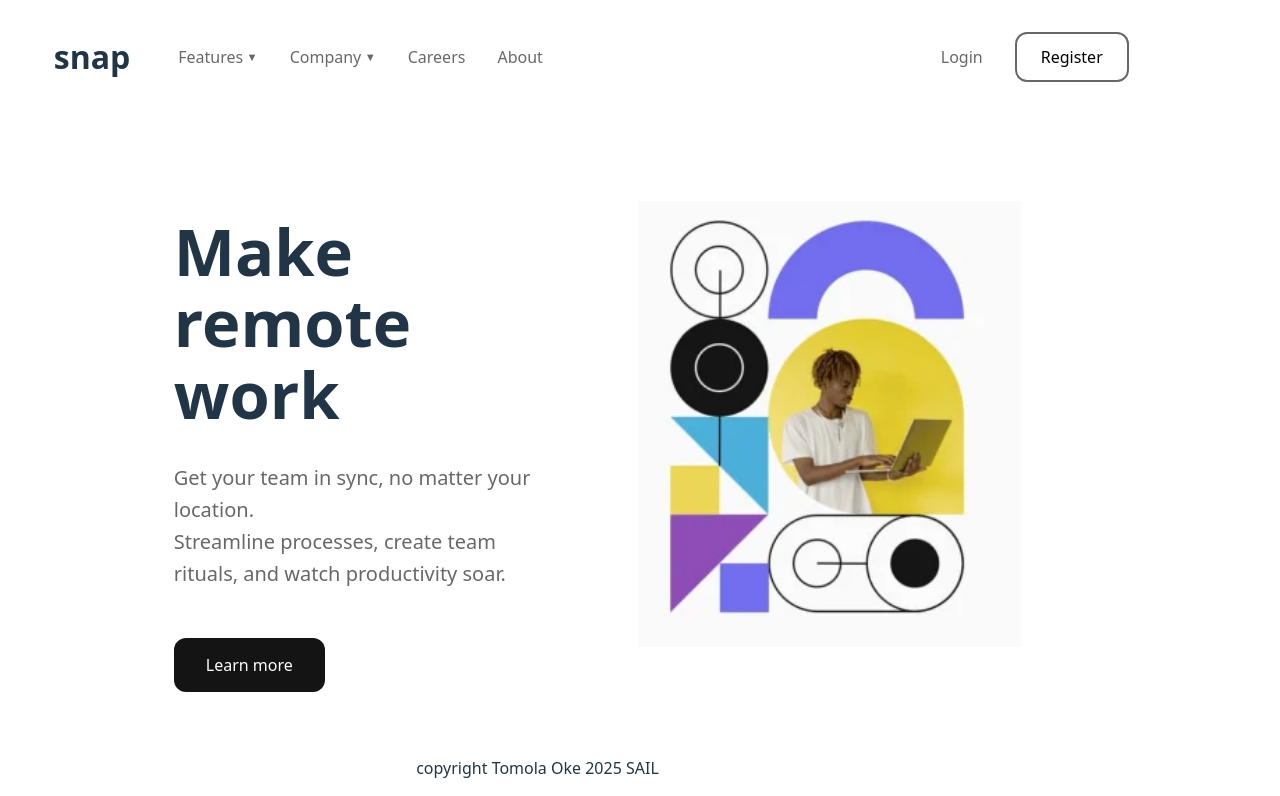
Repository: tomolaoke/SNAP
Page: /
The author's editor kept a copy of each file at every save. The page is drawn from the files as they stood at one save, then again after the next save.
The browser window is 1280 px wide. The pictures show the whole page.
The project was rebuilt for these pictures with package versions that can differ from the ones it lists, and the page was loaded fresh each time. Also part of the build but not shown: vite.config.js, src/components/footer/Footer.css.

Above is the page before, as saved 2025-06-21 22:01:37.

### src/App.jsx
import './App.css';
import Header from './components/header/Header';
import Hero from './components/hero/Hero';
import Footer from './components/footer/Footer';

const App = () => {
  return (
    <div className="app">
      <Header />
      <Hero />
      <Footer />
    </div>
  );
};

export default App;

### src/App.css
.app {
  min-height: 100vh;
  display: flex;
  flex-direction: column;
  align-items: center; /* Center all children horizontally */
  justify-content: center; /* Center all children vertically */
}

/* Add any global styles here */

### src/components/header/Header.jsx
import './Header.css';
import HeaderNav1 from '../../block/headerblock/HeaderNav1';
import HeaderNav2 from '../../block/headerblock/HeaderNav2';

const Header = () => {
  return (
    <header className="header">
      <HeaderNav1 />
      <HeaderNav2 />
    </header>
  );
};

export default Header;

### src/components/hero/Hero.jsx
import './Hero.css';
import HeroText from '../../block/heroblock/HeroText';
import HeroImage from '../../block/heroblock/HeroImage';

const Hero = () => {
  return (
    <section className="hero">
      <HeroText />
      <HeroImage />
    </section>
  );
};

export default Hero;

### src/components/footer/Footer.jsx
import './Footer.css';

const Footer = () => {
  return (
    <footer className="footer">
      <p>copyright Tomola Oke 2025 SAIL</p>
    </footer>
  );
};

export default Footer;

### src/components/header/Header.css
.header {
  display: flex;
  justify-content: space-between;
  align-items: center;
  padding: 2rem 5%;
  max-width: 1440px;
  margin: 0 auto;
  width: 100%;
}

### src/block/headerblock/HeaderNav1.jsx
import './HeaderNav.css';

const HeaderNav1 = () => {
  return (
    <div className="header-nav-1">
      <div className="logo">snap</div>
      <nav className="nav-links">
        <a href="#">Features <span className="dropdown-icon">▼</span></a>
        <a href="#">Company <span className="dropdown-icon">▼</span></a>
        <a href="#">Careers</a>
        <a href="#">About</a>
      </nav>
    </div>
  );
};

export default HeaderNav1;

### src/block/headerblock/HeaderNav2.jsx
import './HeaderNav.css';

const HeaderNav2 = () => {
  return (
    <div className="header-nav-2">
      <a href="#" className="login-btn">Login</a>
      <button className="register-btn">Register</button>
    </div>
  );
};

export default HeaderNav2;

### src/components/hero/Hero.css
.hero {
  margin-left: 120px;
}

### src/block/heroblock/HeroText.jsx
import './HeroBlock.css';

const HeroText = () => {
  return (
    <div className="hero-text">
      <h1>Make remote work</h1>
      <p>
        Get your team in sync, no matter your location.<br />
        Streamline processes, create team rituals, and watch productivity soar.
      </p>
      <button className="cta-button">Learn more</button>
    </div>
  );
};

export default HeroText; // Fixed export

### src/block/heroblock/HeroImage.jsx
import './HeroBlock.css';
import heroImage from '../../../src/assets/SNAP.png';

const HeroImage = () => {
  return (
    <div className="hero-image">
      <img src={heroImage} alt="Team collaborating remotely" />
    </div>
  );
};

export default HeroImage; // Fixed export

### src/block/headerblock/HeaderNav.css
.header-nav-1 {
  display: flex;
  align-items: center;
  gap: 3rem;
}

.logo {
  font-size: 2rem;
  font-weight: 700;
}

.nav-links {
  display: flex;
  gap: 2rem;
}

.nav-links a {
  text-decoration: none;
  color: #686868;
  font-weight: 500;
  display: flex;
  align-items: center;
}

.dropdown-icon {
  font-size: 0.7em;
  margin-left: 0.3em;
}

.header-nav-2 {
  display: flex;
  align-items: center;
  gap: 2rem;
}

.login-btn {
  text-decoration: none;
  color: #686868;
  font-weight: 500;
}

.register-btn {
  padding: 0.75rem 1.5rem;
  border: 2px solid #686868;
  background: transparent;
  border-radius: 12px;
  font-weight: 500;
  cursor: pointer;
}

### src/block/heroblock/HeroBlock.css
.hero {
  display: flex;
  align-items: center;
  gap: 5rem;
  padding: 3rem 5%;
}

.hero-text {
  flex: 1;
  max-width: 600px;
}

.hero-text h1 {
  font-size:65px;
  line-height: 1.1;
  margin-bottom: 2rem;
}

.hero-text p {
  font-size: 1.25rem;
  line-height: 1.6;
  color: #686868;
  margin-bottom: 3rem;
}

.cta-button {
  padding: 1rem 2rem;
  background-color: #141414;
  color: white;
  border: none;
  border-radius: 12px;
  font-size: 1rem;
  font-weight: 500;
  cursor: pointer;
}

.hero-image {
  flex: 1;
}

.hero-image img {
  width: 100%;
  max-width: 600px;
  height: auto;
}

Loaded but not shown: index.html (common file); src/main.jsx (common file); src/index.css (common file); src/components/footer/Footer.css (no copy from this time; the picture is the same without it)

After the next save:
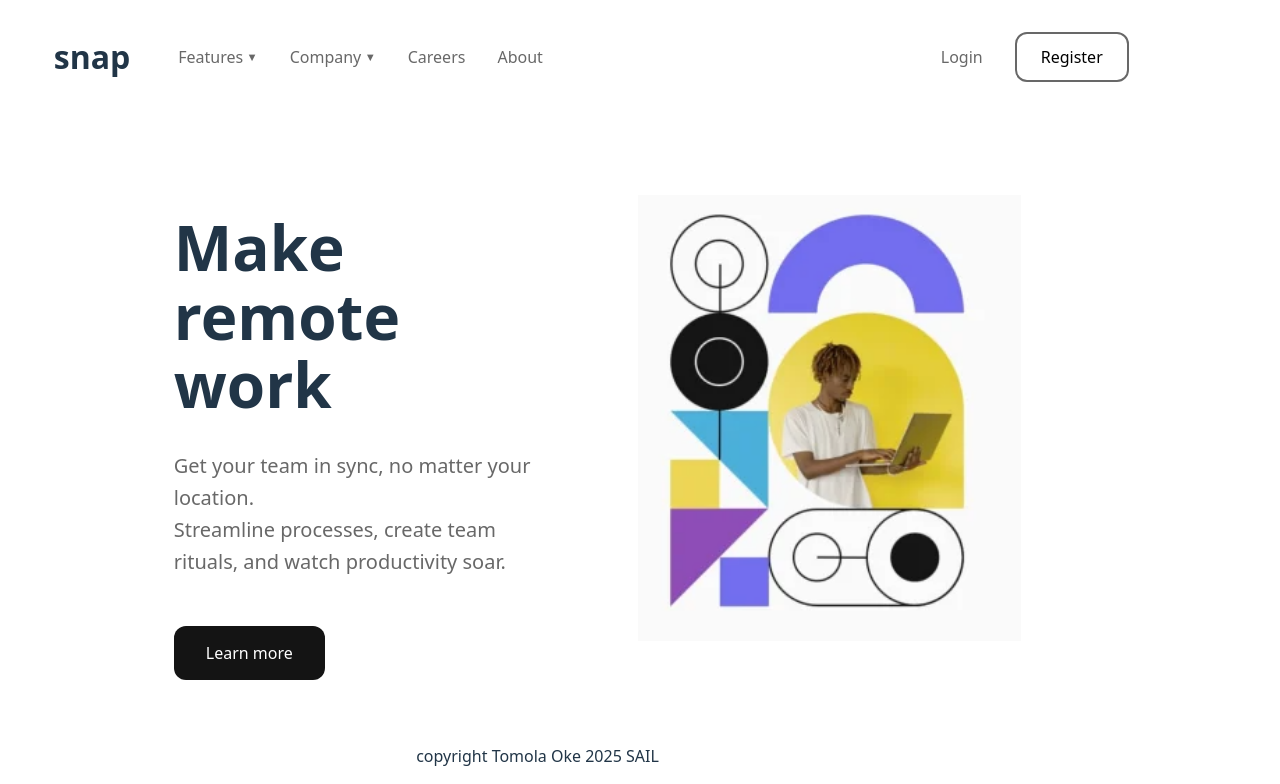
Saved 11 s later.
--- a/src/block/heroblock/HeroBlock.css
+++ b/src/block/heroblock/HeroBlock.css
@@ -11,7 +11,7 @@
 }
 
 .hero-text h1 {
-  font-size:65px;
+  font-size:62px;
   line-height: 1.1;
   margin-bottom: 2rem;
 }
